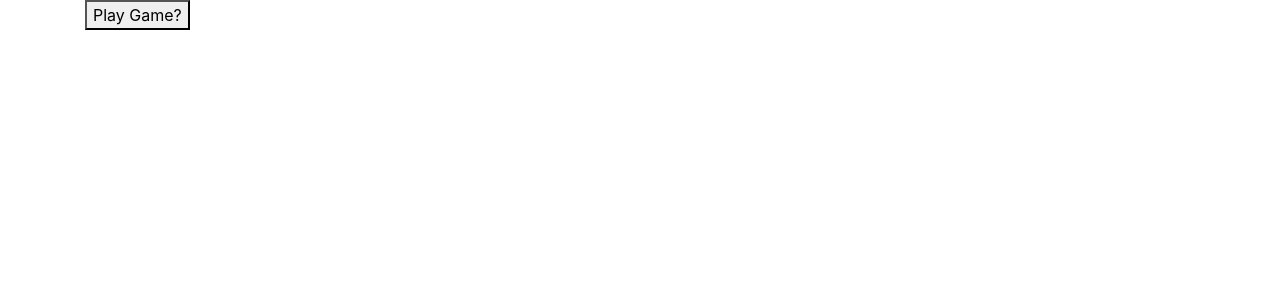
Repository: dsaftler/Trivia
Page: index.html
An editor plug-in stored every save of this project. The page is shown before and after the next save, followed by the edit.
The browser window is 1280 px wide. The pictures show the whole page.

Above is the page before, as saved 2019-04-12 19:03:29.

After the next save:
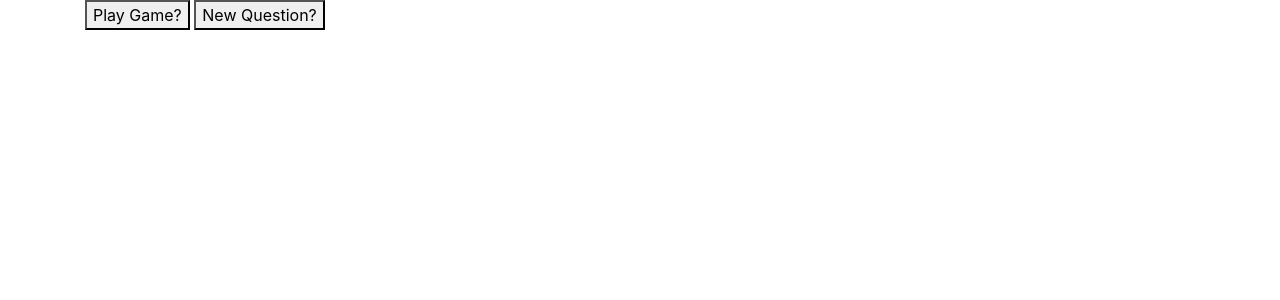
Saved 63 s later.
--- a/index.html
+++ b/index.html
@@ -24,6 +24,7 @@
   <div class="answers" ><span id="answer2"></span></div>
   <div class="answers" ><span id="answer3"></span></div>
   <button id="newGame" onclick="initGame()">Play Game?</button>
+  <button id="temp1" onclick="newQuestion()">New Question?</button>
 </div>
 
 <!-- bootstrap scripts -->
